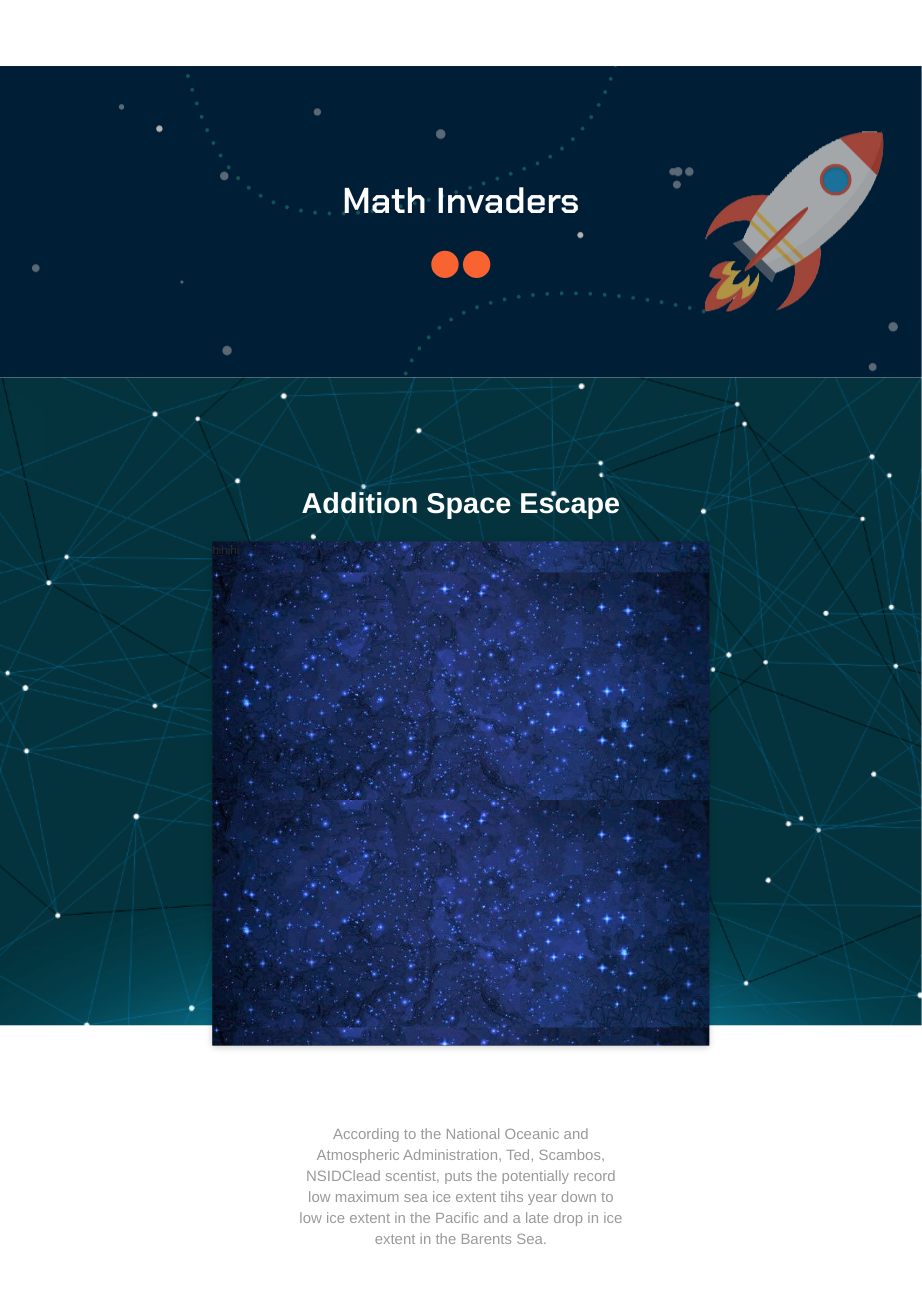
Repository: kkyler24/MathInvader
Page: index.html
The author's editor kept a copy of each file at every save. The page is drawn from the files as they stood at one save, then again after the next save.
The browser window is 1280 px wide. The pictures show the whole page, at 72% of full size.
Some web libraries are served in a nearby version.

Above is the page before, as saved 2020-07-19 19:01:41.
Console error: TypeError: Cannot read properties of null (reading 'appendChild')

After the next save:
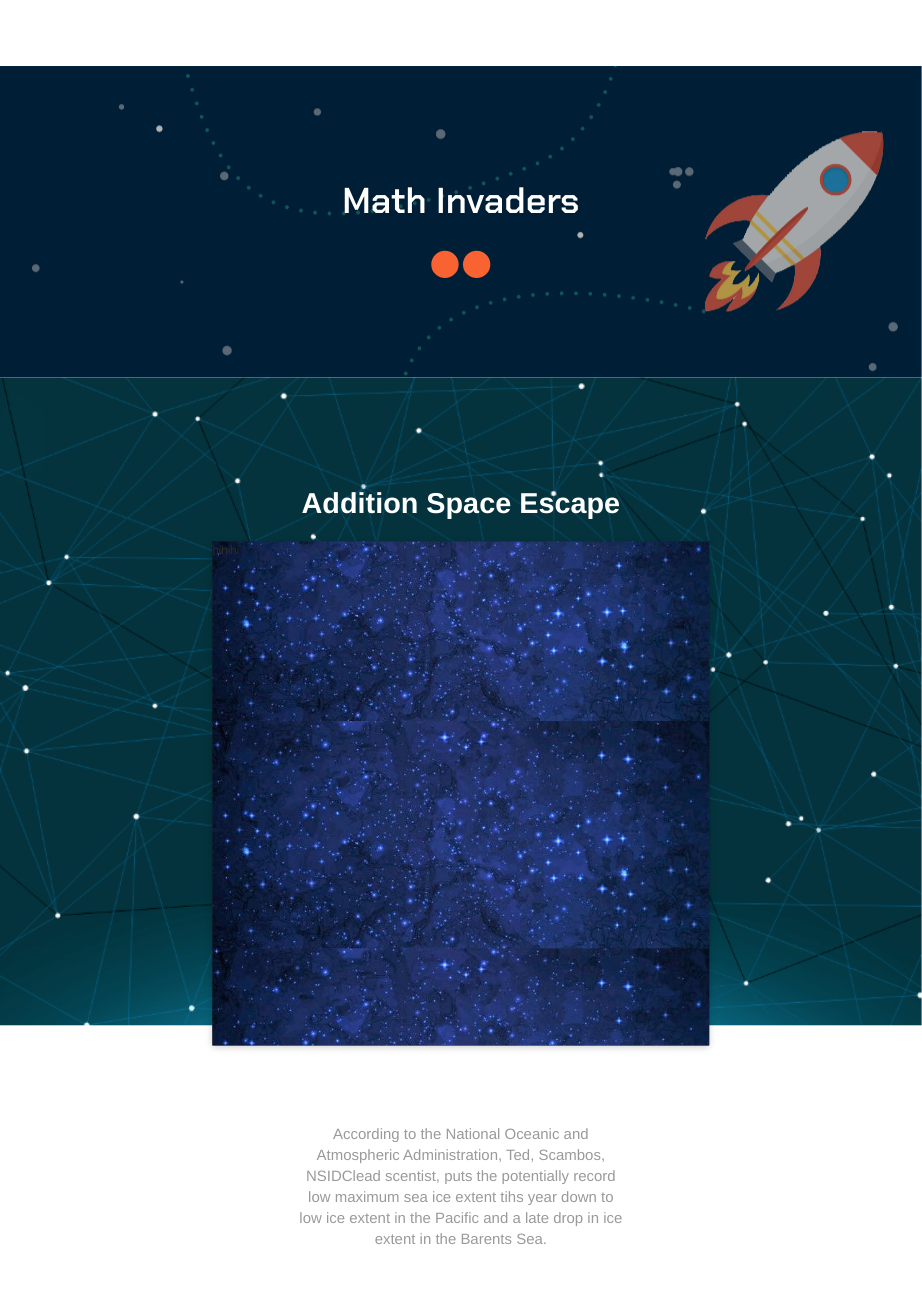
Saved 70 s later.
--- a/jsFolder/index.css
+++ b/jsFolder/index.css
@@ -186,7 +186,7 @@ h2 {
   width: 800px;
   height: 700px;
   background: url("/jsFolder/pictures/MathApics/spaceship/cosmicgalaxbluebackground.jpg");
-  animation: scroll-background 5s linear infinite;
+  animation: scroll-background 6s linear infinite;
   box-shadow: 0 2px 10px rgba(0, 0, 0, 0.2);
   position: relative;
 }
